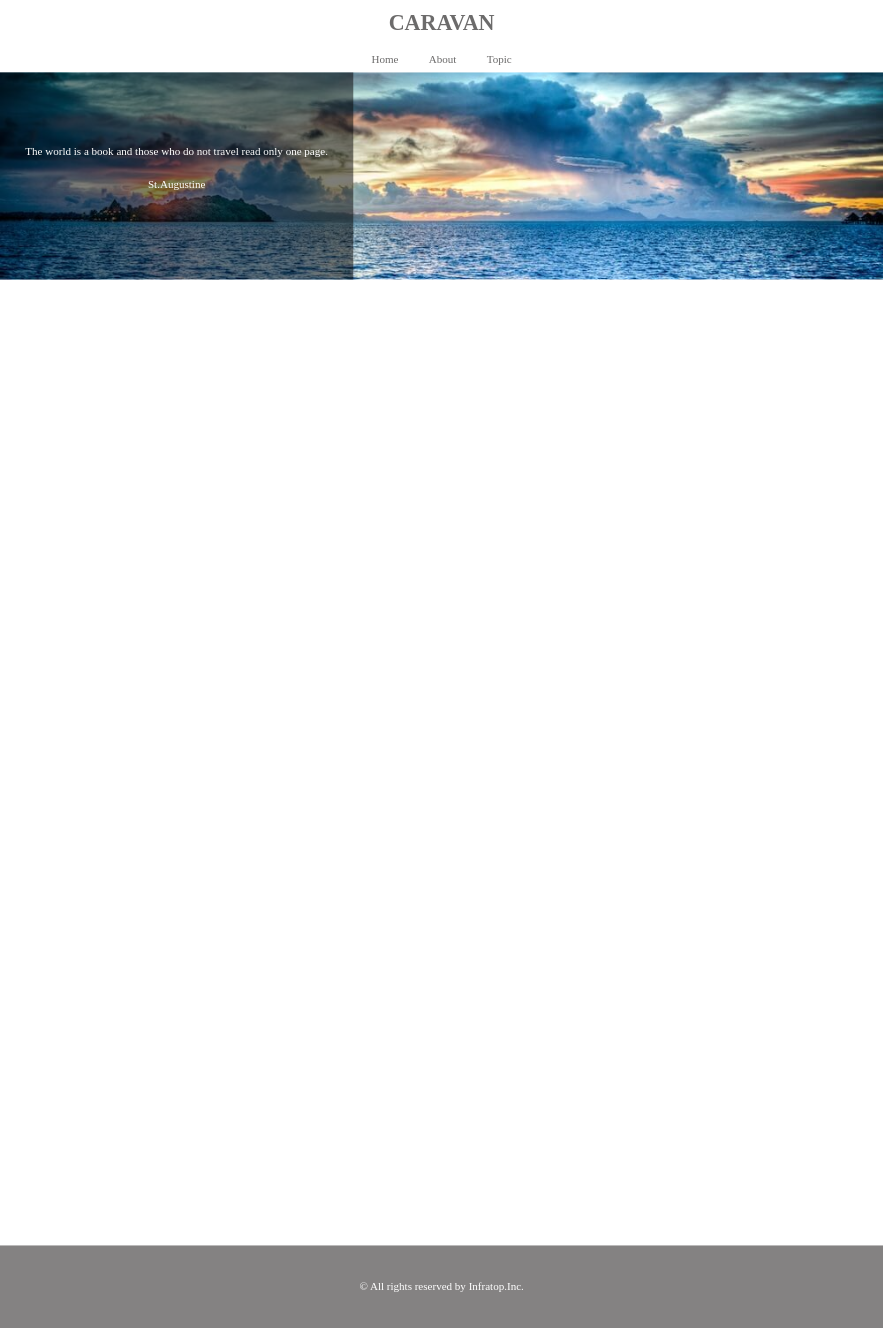
Repository: mitoma99/task4
Page: caravan/index.html
The author's editor kept a record of every edit. The page is drawn from the files as they stood at one moment, then again after the next edit.
The browser window is 1280 px wide. The pictures show the whole page, at 69% of full size.

Above is the page before.

### caravan/index.html
<!DOCTYPE html>
<html lang="ja">
  <head>
    <meta charset="UTF-8"/>
    <link rel="stylesheet" href="style.css"/>
    <title>CARAVAN</title>
  </head>


<body>
  <header>
    <h1 class="heading">
      <a href="index.html">
        CARAVAN
      </a>
    </h1>
  </header>

  <nav>
    <ul class="nav-list">
      <li class="nav-list-item">
        <a href="index.html">Home</a>
      </li>
      <li class="nav-list-item">About</li>
      <li class="nav-list-item">Topic</li>
    </ul>
  </nav>

  <div class="main-visual">
    <div class="main-visual-content">
      <p class="main-visual-text">
        The world is a book and those who do not travel read only one page.
      </p>
      <p class="main-visual-name">
        St.Augustine
      </p>
    </div>
  </div>

  <div class="main">
    <div class="blog"></div>
    <div class="sideber"></div>
  </div>

  <footer>
    <p class="footer-text">© All rights reserved by Infratop.Inc.</p>
  </footer>
 </body>
</html>

### caravan/style.css
*{
  margin:0;
  padding:0;
  box-sizing:border-box;
  color:#6c6b6b;
}

a{
  text-decoration:none;
}

header{
  width:90%;
  padding:15px 0;
  margin:0 auto;
  text-align:center;
}

header.heading{
  font-size:32px;
}

.nav-list{
  text-align:center;
  padding:10px 0;
  margin:0 auto;
}

.nav-list-item{
  list-style:none;
  display:inline-block;
  margin:0 20px;
}

.main-visual{
  width:100%;
  height:300px;
  background-image:url(img/mv.jpg);
  background-size:cover;
  background-position:center;
}

.main-visual-content{
  width:40%;
  height:300px;
  background-color:rgba(0,0,0,0.5);
  text-align:center;
  padding-top:105px;
}

.main-visual-text{
  color:#fff;
}

.main-visual-name{
  margin-top:30px;
  color:#fff;
}

.main{
  width:840px;
  display:flex;
  justify-content:center;
  margin:0 auto;
}

.blog{
  width:240px;
  height:1400px;
}

footer{
  width:100%;
  height:120px;
  text-align:center;
  line-height:120px;
  background-color:#848282;
}

.footer-text{
  color:#fff;
}

After the next edit:
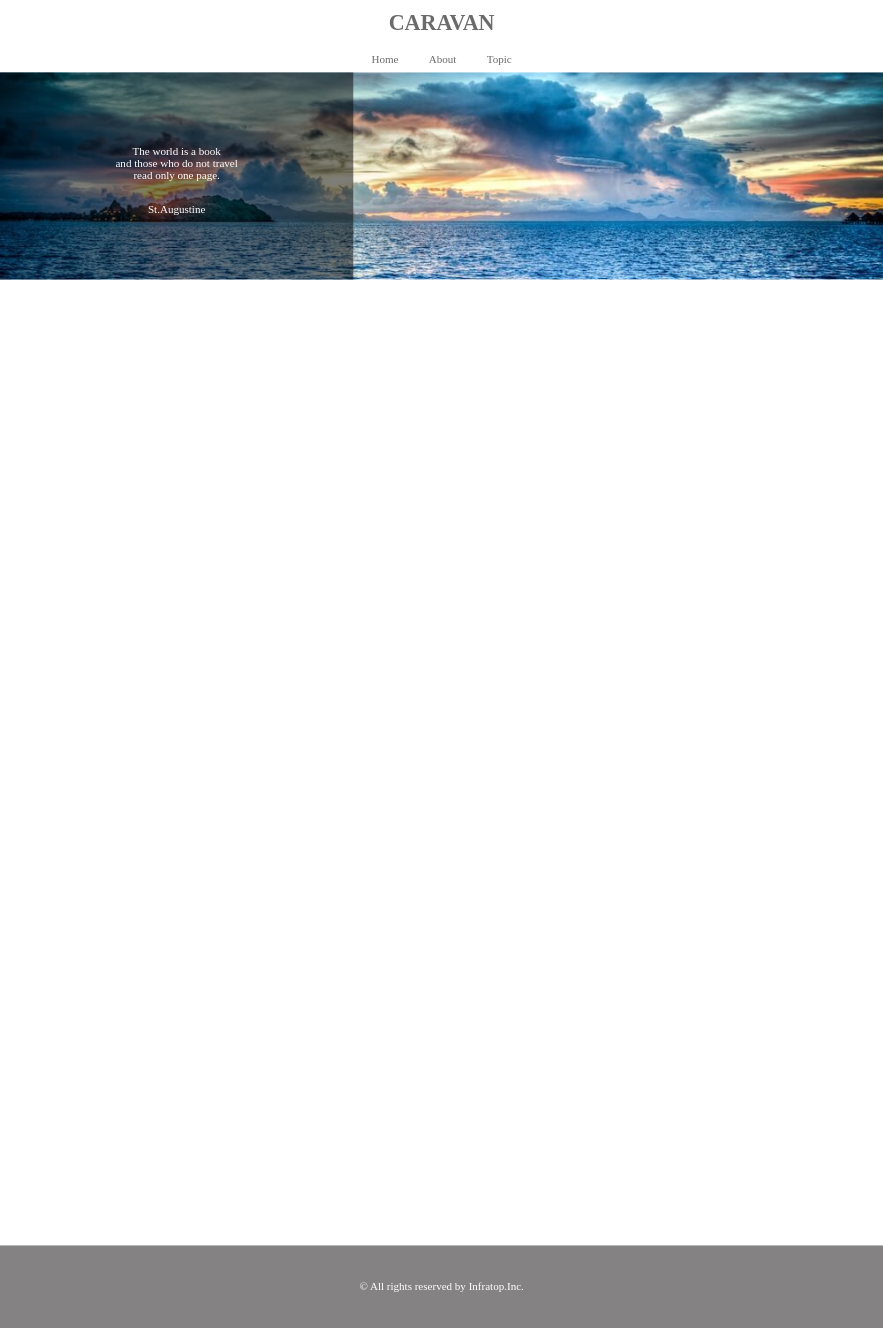
The edit:
--- a/caravan/index.html
+++ b/caravan/index.html
@@ -29,7 +29,9 @@
   <div class="main-visual">
     <div class="main-visual-content">
       <p class="main-visual-text">
-        The world is a book and those who do not travel read only one page.
+        The world is a book<br/>
+        and those who do not travel<br/>
+        read only one page.
       </p>
       <p class="main-visual-name">
         St.Augustine
